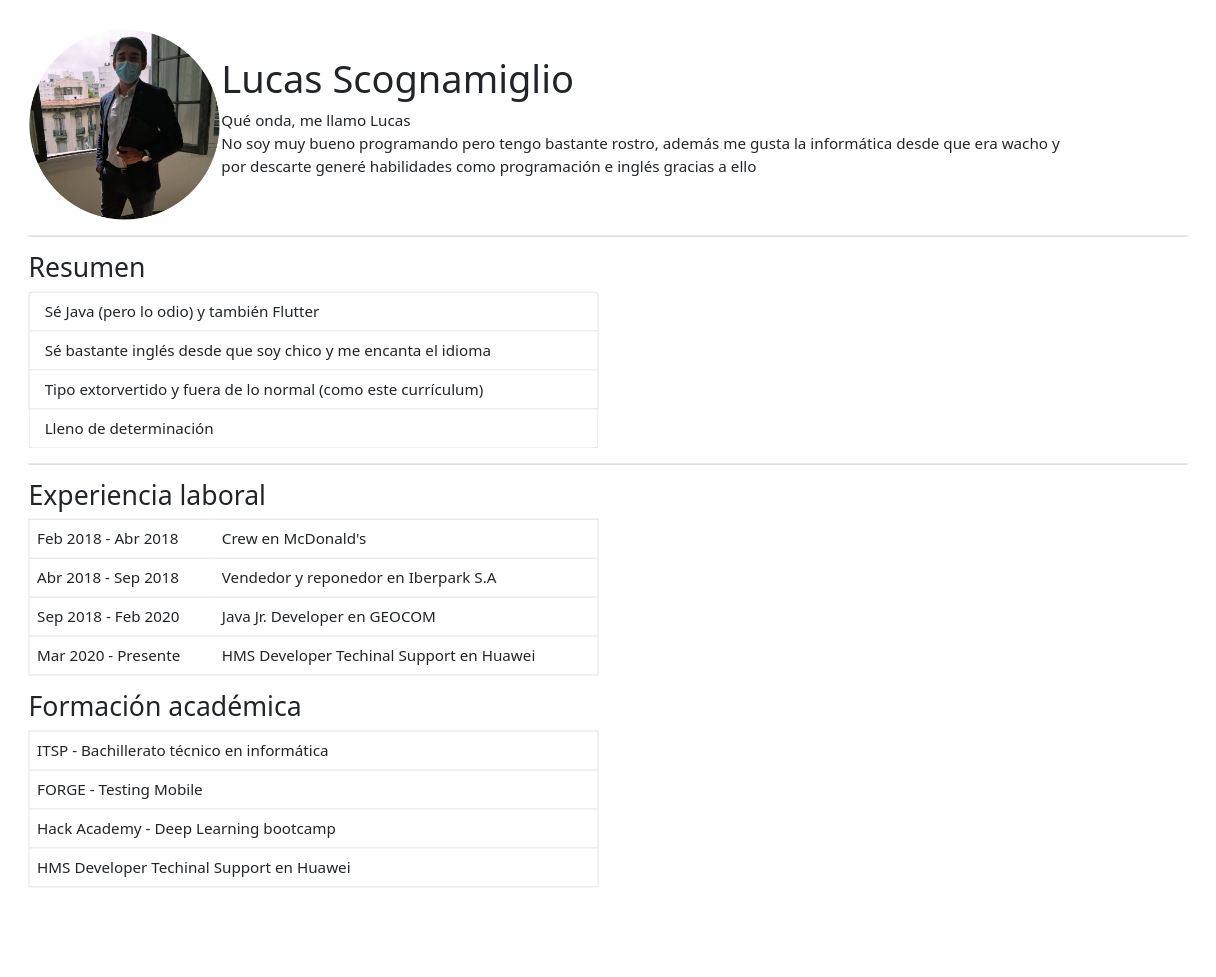
Repository: ScoggoDev/DesarrolloWeb
Page: tarea en equipo 1/cv.html
These files come from the project's save history. The page is drawn as it stood at one moment and after the next save; the edit follows.
The browser window is 1280 px wide. The pictures show the whole page, at 95% of full size.

Above is the page before, as saved 2021-07-07 21:48:12.

After the next save:
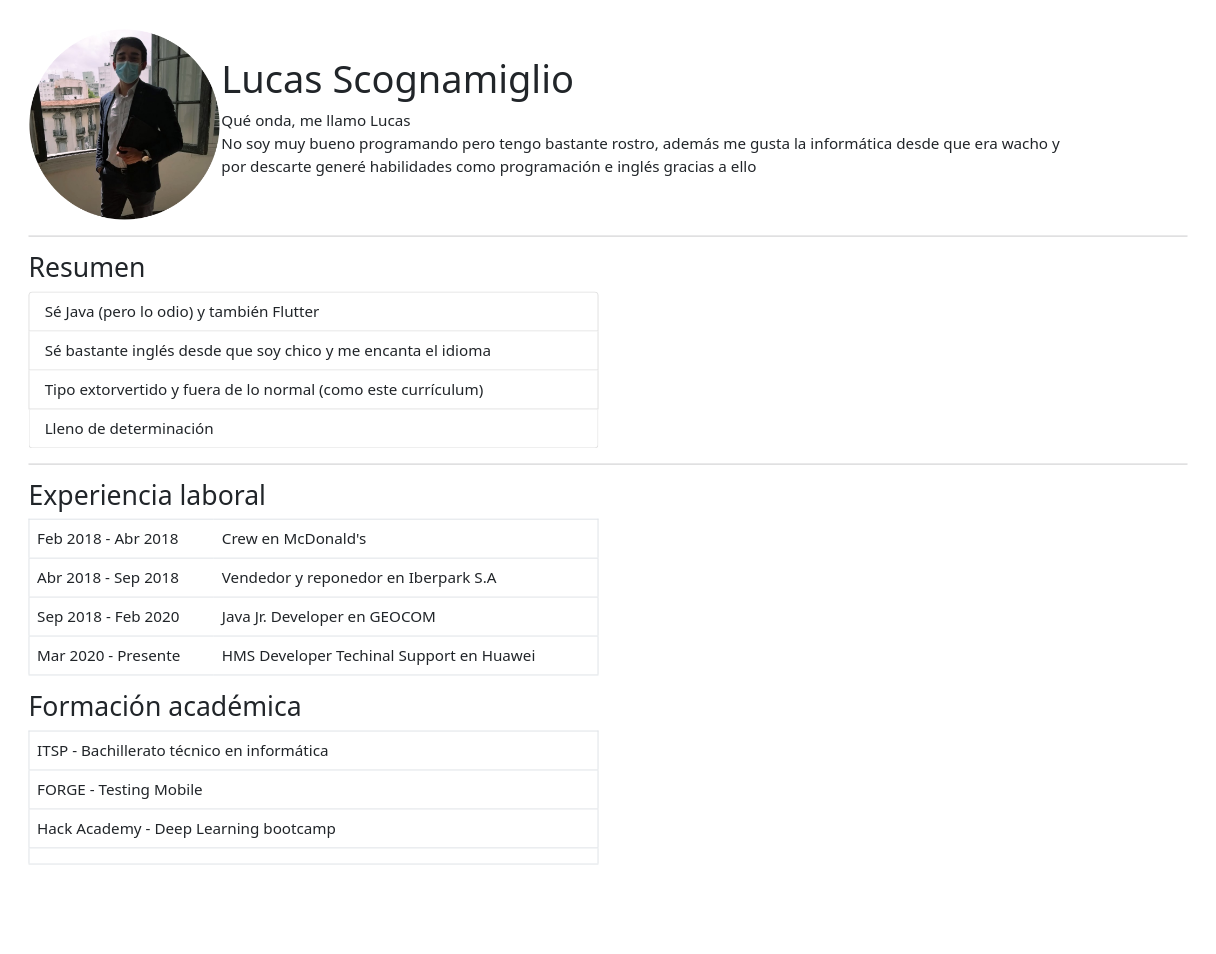
Saved 13 s later.
--- a/tarea en equipo 1/cv.html
+++ b/tarea en equipo 1/cv.html
@@ -2,7 +2,7 @@
 <html>
   <head>
     <meta charset="utf-8">
-    <title>Lucas's Personal Site</title>
+    <title>CV de Lucas</title>
     <link href="https://cdn.jsdelivr.net/npm/bootstrap@5.0.2/dist/css/bootstrap.min.css" rel="stylesheet" integrity="sha384-EVSTQN3/azprG1Anm3QDgpJLIm9Nao0Yz1ztcQTwFspd3yD65VohhpuuCOmLASjC" crossorigin="anonymous">
     <script src="https://cdn.jsdelivr.net/npm/bootstrap@5.0.2/dist/js/bootstrap.bundle.min.js" integrity="sha384-MrcW6ZMFYlzcLA8Nl+NtUVF0sA7MsXsP1UyJoMp4YLEuNSfAP+JcXn/tWtIaxVXM" crossorigin="anonymous"></script>
   </head>
@@ -57,7 +57,7 @@
         <td>Hack Academy - Deep Learning bootcamp</td>
       </tr>
       <tr>
-        <td>HMS Developer Techinal Support en Huawei</td>
+        <td></td>
       </tr>
     </table>
 
